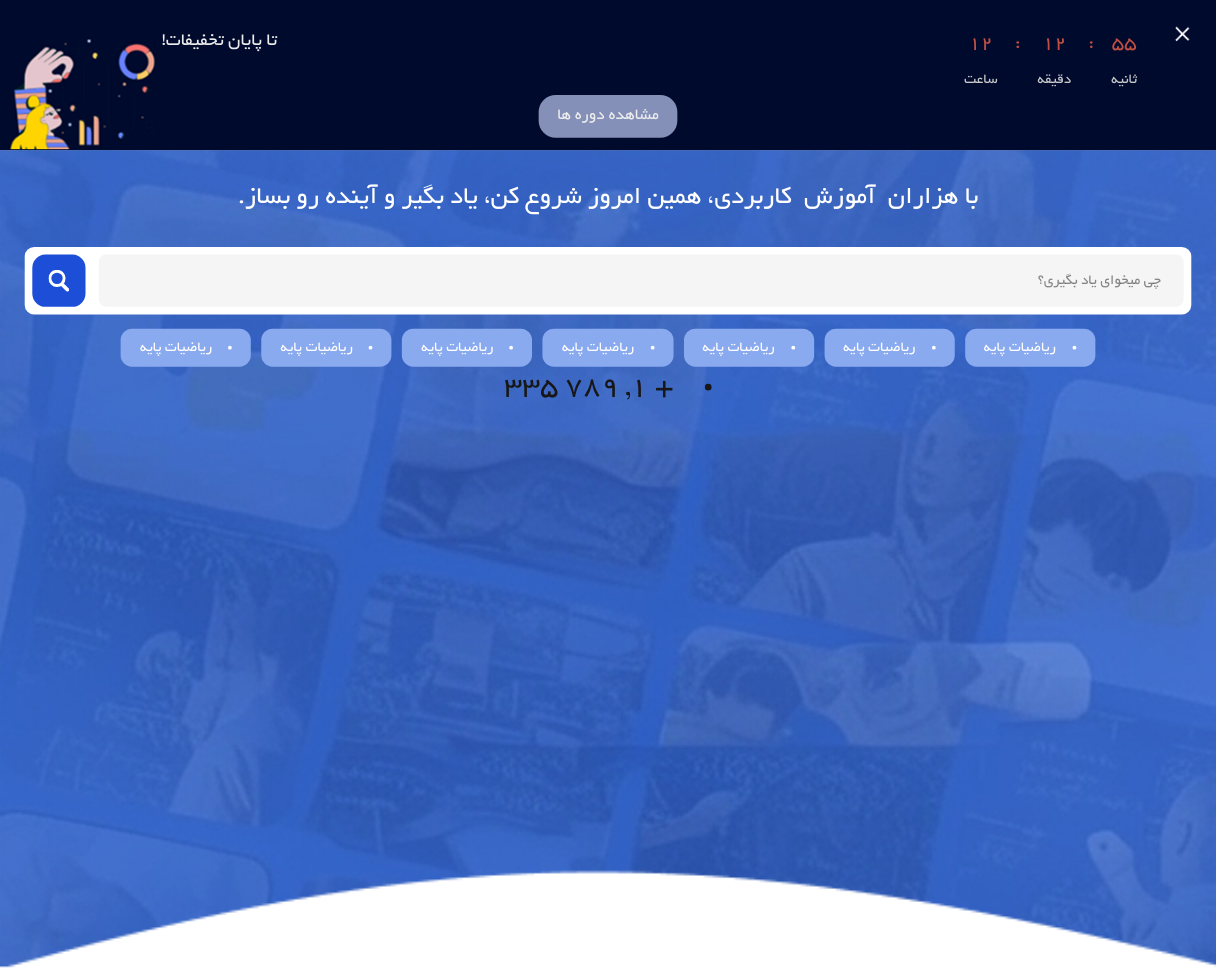
Repository: sinafath/fradars
Page: /
These files come from the project's save history. The page is drawn as it stood at one moment and after a run of saves; the edit follows.
The browser window is 1280 px wide. The pictures show the whole page, at 95% of full size.
The project was rebuilt for these pictures with package versions that can differ from the ones it lists, and the page was loaded fresh each time. The framework's server and built-in components were replaced by stand-ins that run in the browser. Also part of the build but not shown: next.config.ts.

Above is the page before, as saved 2025-09-21 20:09:15.

After the next 5 saves:
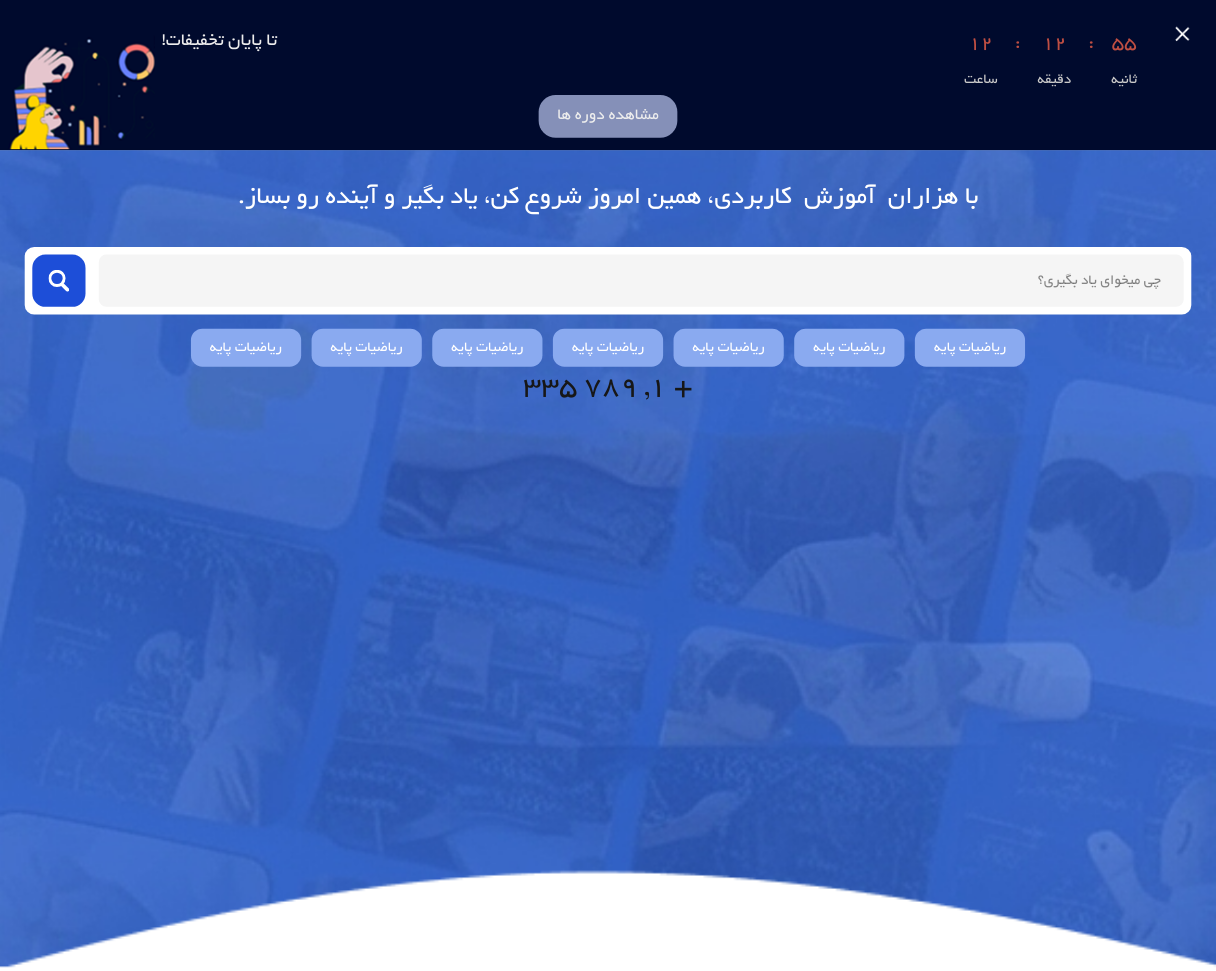
The 5 saves are shown as one change because 1 did not build or start and some came seconds apart.
The last was saved 103 s later.
--- a/src/app/page.tsx
+++ b/src/app/page.tsx
@@ -51,13 +51,13 @@
           </Center>
         </Row>
         <Row className="flex-wrap gap-x-[11px] gap-y-[15px] mt-[15px] justify-center ">
-          <li className="rounded-[12px] text-[16px] px-[20px] py-[8px] bg-[#8AAAF0] text-white"> ریاضیات پایه </li>
-          <li className="rounded-[12px] text-[16px] px-[20px] py-[8px] bg-[#8AAAF0] text-white"> ریاضیات پایه </li>
-          <li className="rounded-[12px] text-[16px] px-[20px] py-[8px] bg-[#8AAAF0] text-white"> ریاضیات پایه </li>
-          <li className="rounded-[12px] text-[16px] px-[20px] py-[8px] bg-[#8AAAF0] text-white"> ریاضیات پایه </li>
-          <li className="rounded-[12px] text-[16px] px-[20px] py-[8px] bg-[#8AAAF0] text-white"> ریاضیات پایه </li>
-          <li className="rounded-[12px] text-[16px] px-[20px] py-[8px] bg-[#8AAAF0] text-white"> ریاضیات پایه </li>
-          <li className="rounded-[12px] text-[16px] px-[20px] py-[8px] bg-[#8AAAF0] text-white"> ریاضیات پایه </li>
+          <div className="rounded-[12px] text-[16px] px-[20px] py-[8px] bg-[#8AAAF0] text-white"> ریاضیات پایه </div>
+          <div className="rounded-[12px] text-[16px] px-[20px] py-[8px] bg-[#8AAAF0] text-white"> ریاضیات پایه </div>
+          <div className="rounded-[12px] text-[16px] px-[20px] py-[8px] bg-[#8AAAF0] text-white"> ریاضیات پایه </div>
+          <div className="rounded-[12px] text-[16px] px-[20px] py-[8px] bg-[#8AAAF0] text-white"> ریاضیات پایه </div>
+          <div className="rounded-[12px] text-[16px] px-[20px] py-[8px] bg-[#8AAAF0] text-white"> ریاضیات پایه </div>
+          <div className="rounded-[12px] text-[16px] px-[20px] py-[8px] bg-[#8AAAF0] text-white"> ریاضیات پایه </div>
+          <div className="rounded-[12px] text-[16px] px-[20px] py-[8px] bg-[#8AAAF0] text-white"> ریاضیات پایه </div>
         </Row>
         <Image
           aria-hidden
@@ -70,7 +70,7 @@
       </Column>
       <Column className="gap-[17px] text-center ">
         <Column>
-          <li className="text-[32px]">+ 1, 789 335</li>
+          <div className="text-[32px]">+ 1, 789 335</div>
         </Column>
       </Column>
     </div>
